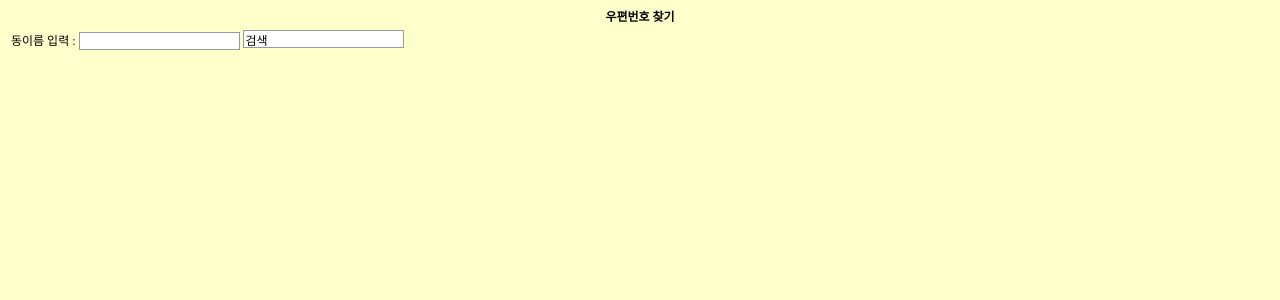
Repository: JIYEON25/model
Page: http://localhost/myWeb/memberone/zipCheck.jsp
An editor plug-in stored every save of this project. The page is shown before and after the next save, followed by the edit.
The browser window is 1280 px wide. The pictures show the whole page.
The page is served by Tomcat 9. Other server files are loaded and not shown.

Above is the page before, as saved 2023-09-15 06:46:25.
Console error (its wording comes from the project's code and is left out).

### model1/myJSP/myWeb/src/main/webapp/memberone/zipCheck.jsp
<%@ page language="java" contentType="text/html; charset=UTF-8"
    pageEncoding="UTF-8"%>
<!--  1  -->
<!DOCTYPE html>
<html>
<head>
	<meta charset="UTF-8">
	<title>우편번호 검색</title>
	<link href="style.css" type="text/css" rel="stylesheet">
	<script type="text/javscript" src="script.js"></script>
	<!-- 	2 -->
</head>
<body style="background-color:#FFFFCC">
	<div style="text-align: center">
		<b>우편번호 찾기</b>
		<form name="zipForm" method="post" action="zipCheck.jsp">
		<table>
			<tr>
				<td>동이름 입력 : <input name="dong" type="text">
				<input type="botton" value="검색" onClick="#"/>


		</table>
		</form>
	</div>

</body>
</html>

### model1/myJSP/myWeb/src/main/webapp/memberone/style.css
@charset "UTF-8";

BODY {
	FONT-SIZE: 9pt;
	COLOR: black;
	LINE-HEIGHT: 160%;
}

TD {
	FONT-SIZE: 9pt;
	COLOR: black;
	LINE-HEIGHT: 160%;
}

SELECT {
	FONT-SIZE: 9pt;
	COLOR: black;
	LINE-HEIGHT: 160%;
}

DIV {
	FONT-SIZE: 9pt;
	COLOR: black;
	LINE-HEIGHT: 160%;
}

FORM {
	FONT-SIZE: 9pt;
	COLOR: black;
	LINE-HEIGHT: 160%;
}

TEXTAREA {
	BORDER-RIGHT: 1px solid #999999;
	BORDER-TOP: 1px solid #999999;
	FONT-SIZE: 9pt;
	BORDER-LEFT: 1px solid #999999;
	COLOR: BLACK;
	BORDER-BOTTOM: 1px solid #999999;
	BACKGROUND-COLOR: white;
}

INPUT {
	BORDER-RIGHT: 1px solid #999999;
	BORDER-TOP: 1px solid #999999;
	FONT-SIZE: 9pt;
	BORDER-LEFT: 1px solid #999999;
	COLOR: BLACK;
	BORDER-BOTTOM: 1px solid #999999;
	BACKGROUND-COLOR: white;
}

A:link {
	text-decoration:none;
	color:#696969
}

A:hover {
	text-decoration:yes;
	color:#66CCFF
}

A:visited {
	text-decoration:none;
	color:#330066
}

After the next save:
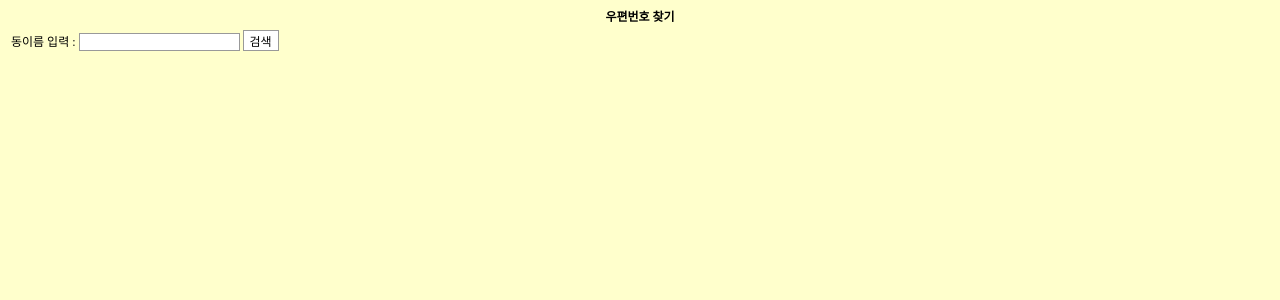
Saved 13 s later.
--- a/model1/myJSP/myWeb/src/main/webapp/memberone/zipCheck.jsp
+++ b/model1/myJSP/myWeb/src/main/webapp/memberone/zipCheck.jsp
@@ -17,7 +17,7 @@
 		<table>
 			<tr>
 				<td>동이름 입력 : <input name="dong" type="text">
-				<input type="botton" value="검색" onClick="#"/>
+				<input type="button" value="검색" onClick="#"/>
 
 
 		</table>
